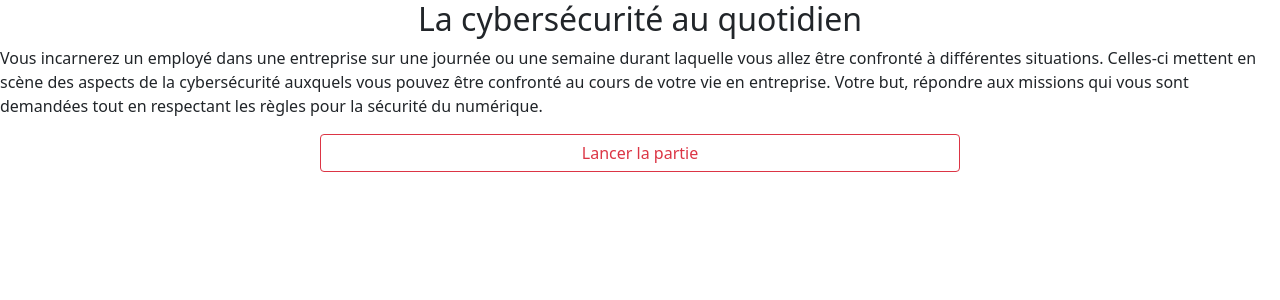
Repository: Geleetz/Workshop-I1-EPSI
Page: http://localhost/
The author's editor kept a copy of each file at every save. The page is drawn from the files as they stood at one save, then again after the next save.
The browser window is 1280 px wide. The pictures show the whole page.
The page is run by PHP 8.4 with error messages shown; the project is at /var/www/html/.

Above is the page before, as saved 2021-09-28 10:54:46.

After the next save:
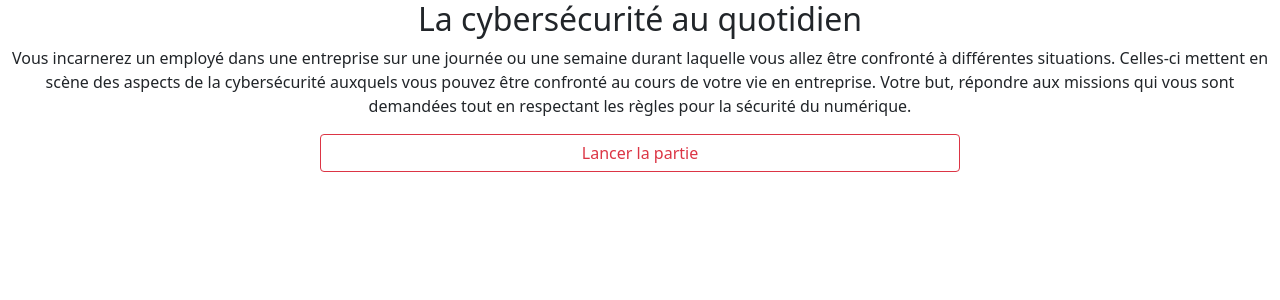
Saved 6 min 58 s later.
--- a/index.php
+++ b/index.php
@@ -12,7 +12,7 @@
 </head>
 <body>
 <h2 class="text-center">La cybersécurité au quotidien</h2>
-<p class="text-justify">Vous incarnerez un employé dans une entreprise sur une journée ou une semaine durant laquelle vous allez être confronté à
+<p class="text-center">Vous incarnerez un employé dans une entreprise sur une journée ou une semaine durant laquelle vous allez être confronté à
   différentes situations. Celles-ci mettent en scène des aspects de la cybersécurité auxquels vous pouvez être confronté au
   cours de votre vie en entreprise. Votre but, répondre aux missions qui vous sont demandées tout en respectant les règles pour
   la sécurité du numérique.</p>
